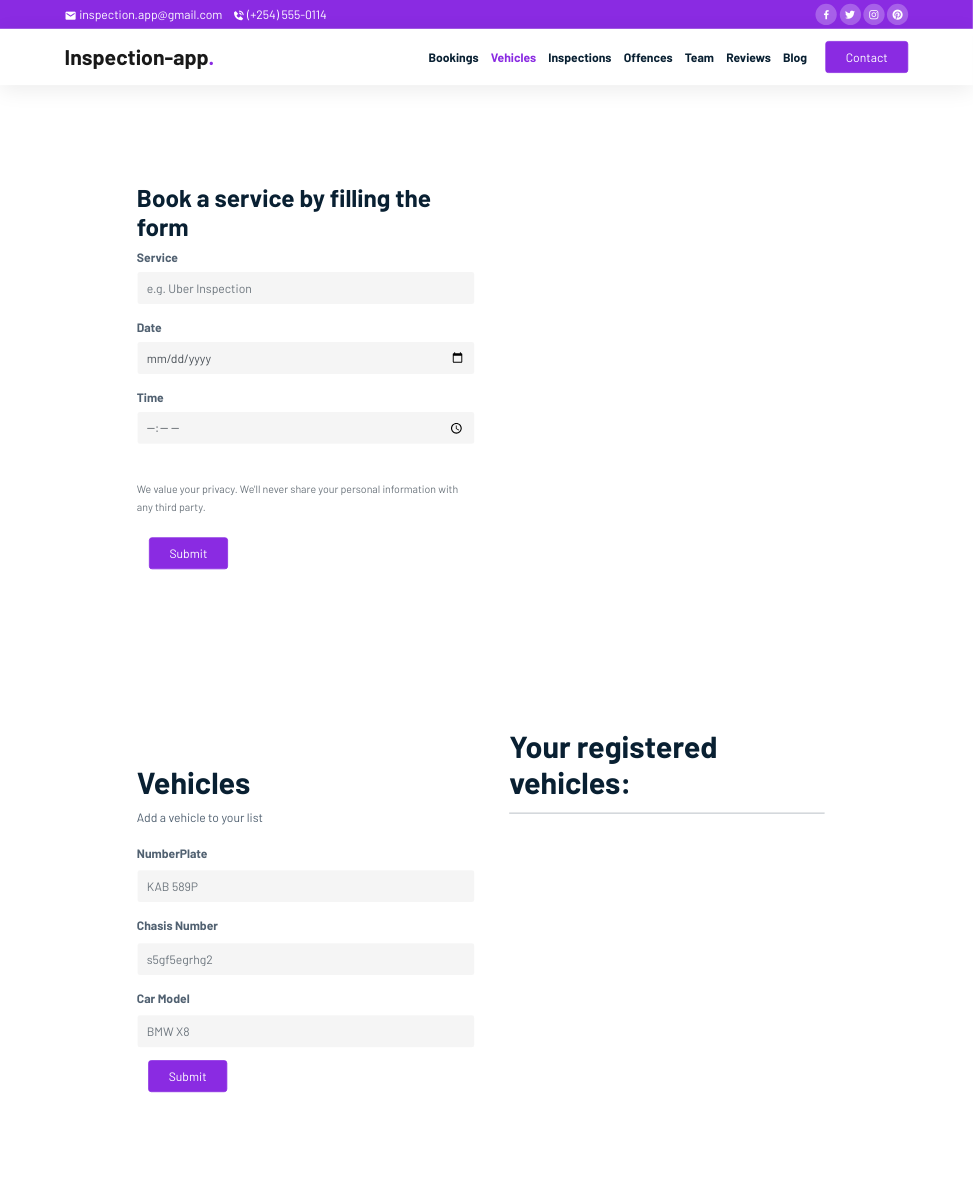
Repository: Jaynie8085/INSPECTION-APP
Page: client/dashboard.html
An editor plug-in stored every save of this project. The page is shown before and after the next save, followed by the edit.
The browser window is 1280 px wide. The pictures show the whole page, at 76% of full size.
The page's requests for data from a server got no answer. Some web libraries are served in a nearby version.

Above is the page before, as saved 2022-10-15 02:53:35.

After the next save:
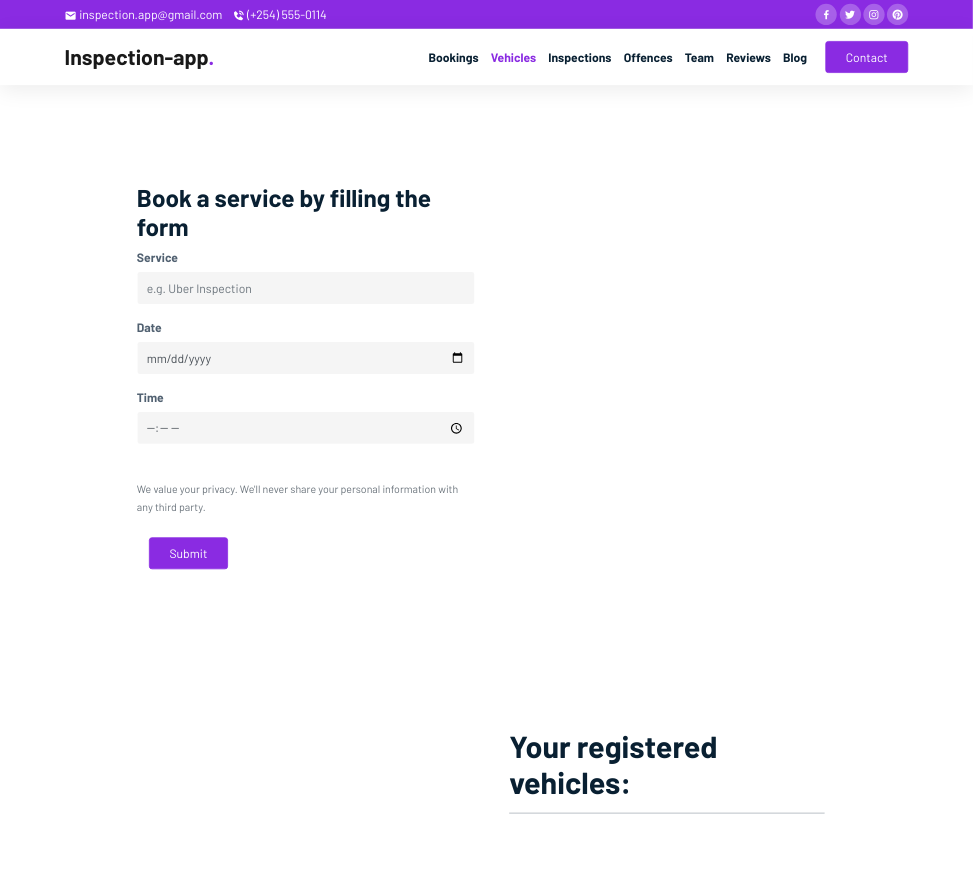
Saved 6 s later.
--- a/client/dashboard.html
+++ b/client/dashboard.html
@@ -108,33 +108,7 @@
         <div class="container">
             <div class="row justify-content-center">
             <div id="customer-frm" class="col-lg-5 py-5">
-                                        <form  >
-                                            <h1>Vehicles</h1>
-                                        <p>Add a vehicle to your list</p>
-                                        <div class="form-group">
-                                            <label for="numberplate" class="form-label">NumberPlate</label>
-                                            <input type="text" class="form-control" placeholder="KAB 589P" id="numberplate"
-                                                aria-describedby="emailHelp">
-                                        </div>
-                                        <div class="form-group">
-                                            <label for="chasisnumber" class="form-label">Chasis Number </label>
-                                            <input type="text" class="form-control" placeholder="s5gf5egrhg2" id="chasisnumber"
-                                                aria-describedby="emailHelp">
-                                        </div>
-                                        <div class="form-group">
-                                            <label for="model" class="form-label">Car Model</label>
-                                            <input type="model" class="form-control" placeholder="BMW X8" id="model"
-                                                aria-describedby="emailHelp">
-                                        </div>
-                                        <!-- <div class="col-12">
-                                            <label for="exampleInputEmail1" class="form-label">Enter General Description</label>
-                                            <textarea name="" placeholder="Type in your cars general description." class="form-control" id=""  rows="4"></textarea>
-                                        </div> -->
-
-                                        <div class="col-12">
-                                            <button type="submit" class="btn btn-brand" onclick="vehicles();">Submit</button>
-                                        </div>
-                                        </form>
+
                 </div>
                 <div class="col-lg-5">
                 <div class="container center"><h1>Your registered vehicles:</h1>
